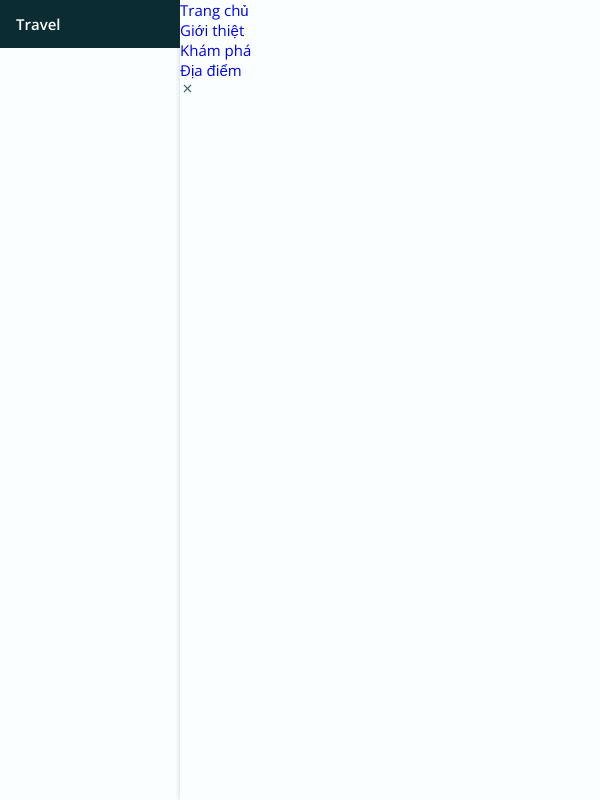
Repository: haokiet2501/travel-demo
Page: index.html
These files come from the project's save history. The page is drawn as it stood at one moment and after the next save; the edit follows.
The browser window is 600 px wide. The pictures show the whole page.

Above is the page before, as saved 2021-09-21 10:10:28.

After the next save:
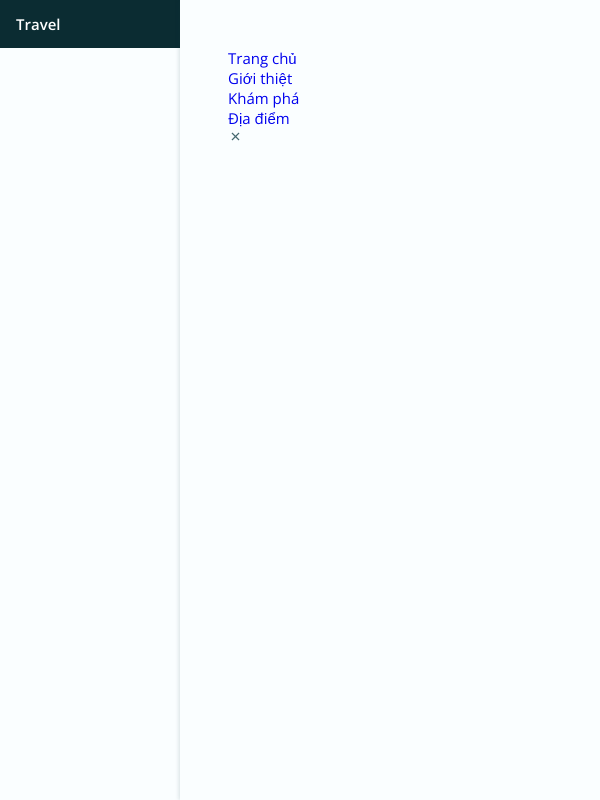
Saved 6 s later.
--- a/css/style.css
+++ b/css/style.css
@@ -188,6 +188,7 @@ input {
         width: 70%;
         height: 100%;
         box-shadow: -1px 0 4px hsla(var(--hue-color), 64%, 15%, .15);
-        pa
+        padding: 3rem;
+        transition: .4s;
     }
 }
